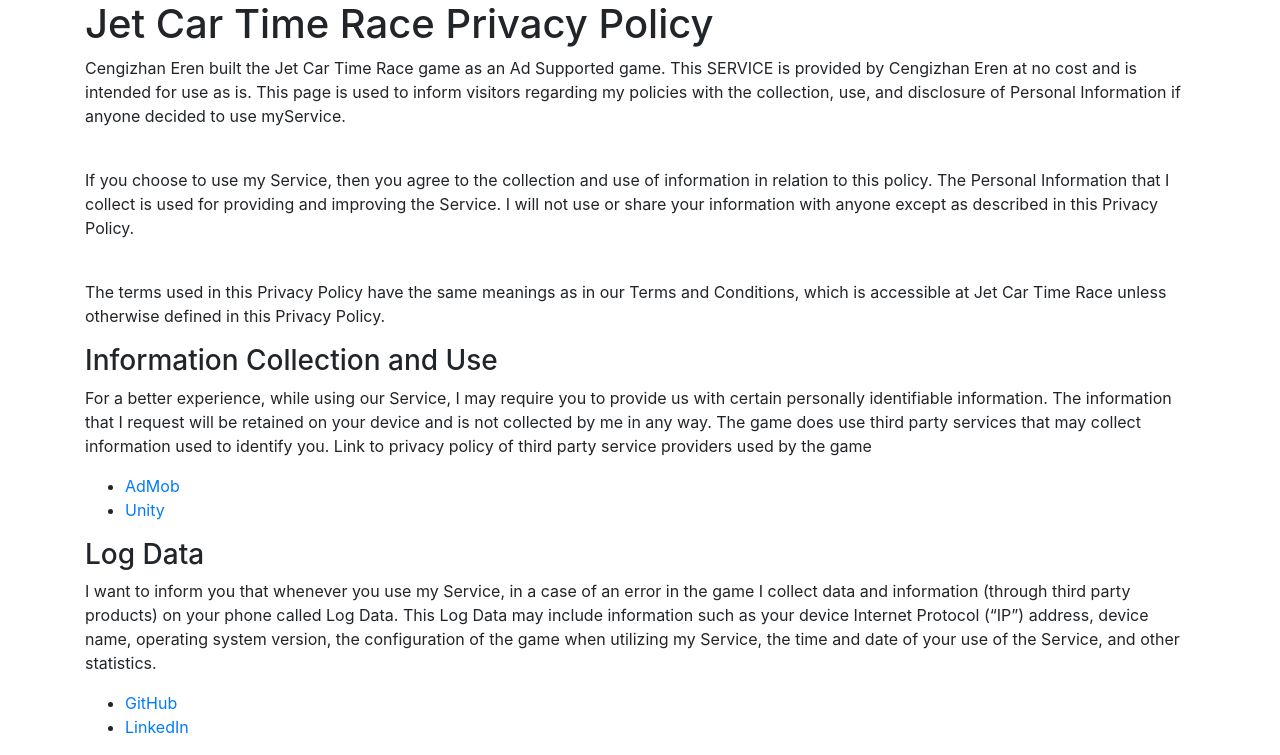
Repository: CengoCengo/cengocengo.github.io
Page: jetcartimeraceprivacypolicy.html
An editor plug-in stored every save of this project. The page is shown before and after the next save, followed by the edit.
The browser window is 1280 px wide. The pictures show the whole page.

Above is the page before, as saved 2022-10-11 14:36:17.

### jetcartimeraceprivacypolicy.html
<!DOCTYPE html>
<html lang="en">
<head>
    <meta charset="UTF-8">
    <meta http-equiv="X-UA-Compatible" content="IE=edge">
    <meta name="viewport" content="width=device-width, initial-scale=1, user-scalable=yes">
    <link rel="stylesheet" href="https://cdn.jsdelivr.net/npm/bootstrap@4.3.1/dist/css/bootstrap.min.css" integrity="sha384-ggOyR0iXCbMQv3Xipma34MD+dH/1fQ784/j6cY/iJTQUOhcWr7x9JvoRxT2MZw1T" crossorigin="anonymous">

    <!-- <script>
        var firstClick = false
        document.onclick= function(event) {
            if(firstClick == false) {
                var audio = document.createElement("AUDIO")
                audio.setAttribute('id','audioId');
                document.body.appendChild(audio);
                audio.src = "startup.mp3"
                audio.play()
            }
            firstClick = true
        }
    </script> -->


    <title>Jet Car Time Race Privacy Policy</title>
</head>
<body>

    <body class="container">

			<div id="main">
				<!-- Header -->
					<header id="header">
						<h1>  Jet Car Time Race Privacy Policy </h1>
        				<p>Cengizhan Eren built the Jet Car Time Race game as an Ad Supported game. This SERVICE is provided by Cengizhan Eren at no cost and is intended for use as is. This page is used to inform visitors regarding my policies with the collection, use, and disclosure of Personal Information if anyone decided to use myService.</p> <br>
                        <p>
                            If you choose to use my Service, then you agree to the collection and use of information in relation to this policy. The Personal Information that I
collect is used for providing and improving the Service. I will not use or share your information with anyone except as described in this Privacy Policy.
                        </p>    <br>

                        <p>
                            The terms used in this Privacy Policy have the same meanings as in our Terms and Conditions, which is accessible at Jet Car Time Race unless
otherwise defined in this Privacy Policy.
                        </p>

                        <h3 >
                            Information Collection and Use
                        </h3>

                        <p>
                            For a better experience, while using our Service, I may require you to provide us with certain personally identifiable information. The information that I
request will be retained on your device and is not collected by me in any way.
The game does use third party services that may collect information used to identify you.
Link to privacy policy of third party service providers used by the game
                        </p>

                        <ul>
                            <li><a href="https://support.google.com/admob/answer/6128543?hl=en" target="_blank" class="icon brands fa-github"><span>AdMob</span></a></li>
							<li><a href="https://unity.com/legal/privacy-policy" target="_blank" class="icon brands fa-linkedin"><span>Unity</span></a></li>
                        </ul>

                        <h3>Log Data</h3>
                        <p>
                            I want to inform you that whenever you use my Service, in a case of an error in the game I collect data and information (through third party products)
on your phone called Log Data. This Log Data may include information such as your device Internet Protocol (“IP”) address, device name, operating
system version, the configuration of the game when utilizing my Service, the time and date of your use of the Service, and other statistics.
                        </p>


						<nav>
							<ul>
								<li><a href="https://github.com/cengocengo" target="_blank" class="icon brands fa-github"><span>GitHub</span></a></li>
								<li><a href="https://www.linkedin.com/in/cengizhan-eren" target="_blank" class="icon brands fa-linkedin"><span>LinkedIn</span></a></li>
							</ul>
						</nav>
					</header>
			</div>

        <script src="https://code.jquery.com/jquery-3.3.1.slim.min.js" integrity="sha384-q8i/X+965DzO0rT7abK41JStQIAqVgRVzpbzo5smXKp4YfRvH+8abtTE1Pi6jizo" crossorigin="anonymous"></script>
        <script src="https://cdn.jsdelivr.net/npm/popper.js@1.14.7/dist/umd/popper.min.js" integrity="sha384-UO2eT0CpHqdSJQ6hJty5KVphtPhzWj9WO1clHTMGa3JDZwrnQq4sF86dIHNDz0W1" crossorigin="anonymous"></script>
        <script src="https://cdn.jsdelivr.net/npm/bootstrap@4.3.1/dist/js/bootstrap.min.js" integrity="sha384-JjSmVgyd0p3pXB1rRibZUAYoIIy6OrQ6VrjIEaFf/nJGzIxFDsf4x0xIM+B07jRM" crossorigin="anonymous"></script>
</body>
</html>

After the next save:
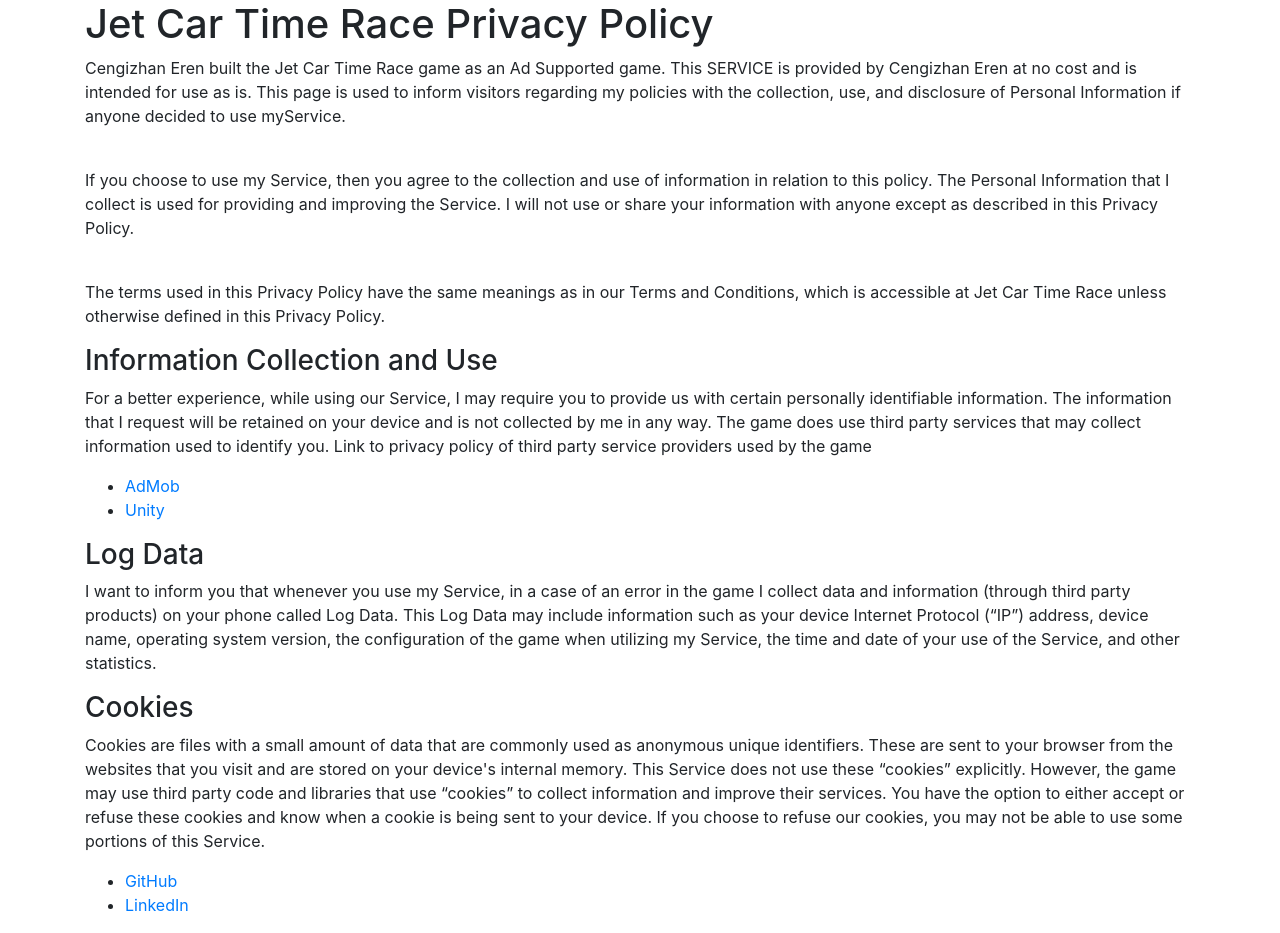
Saved 103 s later.
--- a/jetcartimeraceprivacypolicy.html
+++ b/jetcartimeraceprivacypolicy.html
@@ -65,6 +65,14 @@
 system version, the configuration of the game when utilizing my Service, the time and date of your use of the Service, and other statistics.
                         </p>
 
+                        <h3>Cookies</h3>
+                        <p>
+                            Cookies are files with a small amount of data that are commonly used as anonymous unique identifiers. These are sent to your browser from the
+websites that you visit and are stored on your device's internal memory.
+This Service does not use these “cookies” explicitly. However, the game may use third party code and libraries that use “cookies” to collect information
+and improve their services. You have the option to either accept or refuse these cookies and know when a cookie is being sent to your device. If you
+choose to refuse our cookies, you may not be able to use some portions of this Service.
+                        </p>
 
 						<nav>
 							<ul>
